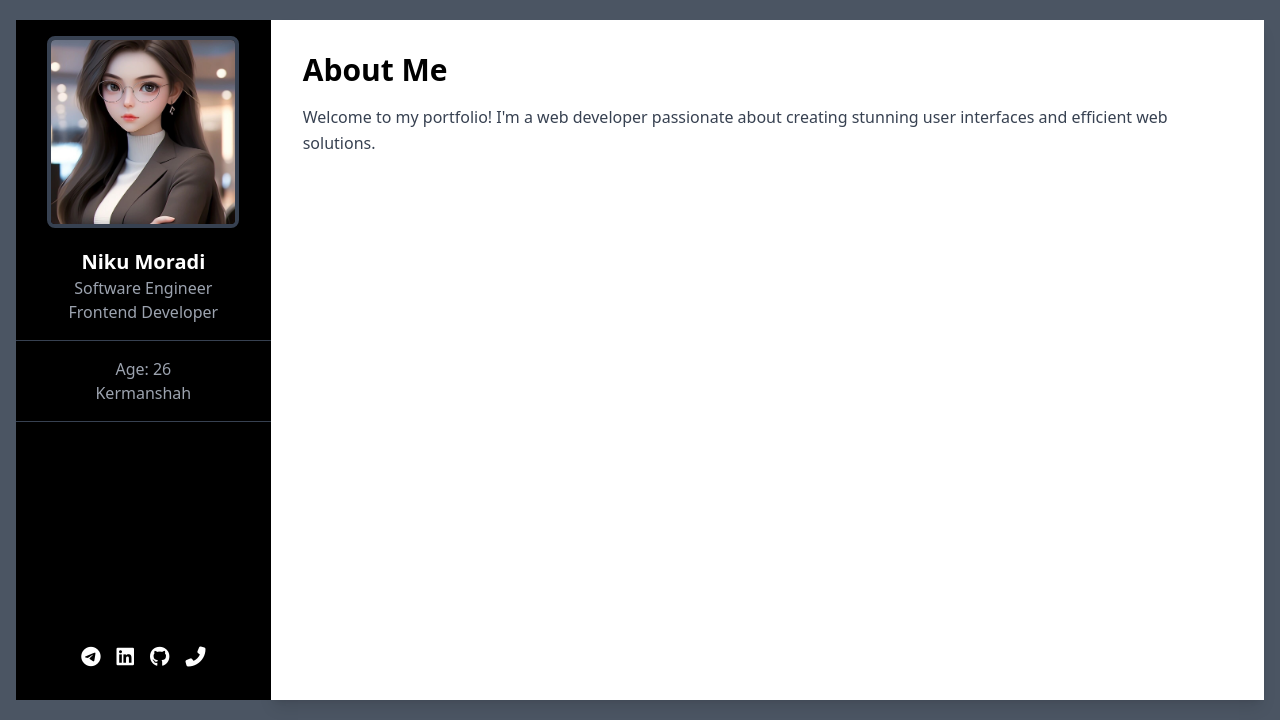
Repository: NikuMoradi/niku-moradi
Page: /
The author's editor kept a copy of each file at every save. The page is drawn from the files as they stood at one save, then again after the next save.
The browser window is 1280 px wide. The pictures show the whole page.
The project was rebuilt for these pictures with package versions that can differ from the ones it lists, and the page was loaded fresh each time. The framework's server and built-in components were replaced by stand-ins that run in the browser. Also part of the build but not shown: nuxt.config.ts, components/Blog Posts/Component-Design.vue, components/Blog.vue, components/Contact.vue, components/Education.vue, components/Experience.vue, components/Hero.vue, components/Menu.vue and 3 more.

Above is the page before, as saved 2024-11-29 09:31:35.

### assets/css/main.css
@tailwind base;
@tailwind components;
@tailwind utilities;

body {
  /* From https://css.glass */
  background: #ffffff;
}

@layer utilities {
}

### components/LeftPanel.vue
<template>
  <div
    class="bg-black text-white w-80 flex flex-col"
    style="height: calc(100vh - 40px)"
  >
    <!-- Profile Picture -->
    <div
      class="p-4 flex flex-col items-center justify-center border-b border-gray-700"
    >
      <img
        src="../assets/img/photo_2024-11-28_10-37-05.jpg"
        alt="Profile Picture"
        class="w-48 h-48 mb-5 rounded-lg border-4 border-gray-700 object-cover object-center"
      />
      <h2 class="text-xl font-bold">Niku Moradi</h2>
      <p class="text-md text-gray-400">Software Engineer</p>
      <p class="text-md text-gray-400">Frontend Developer</p>
    </div>

    <!-- Biography -->
    <div class="p-4 text-center border-b border-gray-700">
      <p class="text-md text-gray-400">Age: 26</p>
      <p class="text-md text-gray-400">Kermanshah</p>
    </div>

    <!-- Social Links -->
    <div class="py-8 text-center mt-auto text-white">
      <div class="space-x-4">
        <a
          href="https://t.me/yourusername"
          target="_blank"
          class="text-white hover:text-blue-400"
        >
          <i class="fab fa-telegram fa-lg"></i>
        </a>
        <a
          href="https://linkedin.com/in/yourusername"
          target="_blank"
          class="text-white hover:text-blue-600"
        >
          <i class="fab fa-linkedin fa-lg"></i>
        </a>
        <a
          href="https://github.com/yourusername"
          target="_blank"
          class="text-white hover:text-gray-700"
        >
          <i class="fab fa-github fa-lg"></i>
        </a>
        <a href="tel:+1234567890" class="text-white hover:text-green-400">
          <i class="fas fa-phone-alt fa-lg"></i>
        </a>
      </div>
    </div>
  </div>
</template>

### layouts/default.vue
<template>
  <div class="flex justify-center items-center min-h-screen bg-gray-600 px-4">
    <LeftPanel />

    <!-- Fixed Width Centered Card -->
    <div
      class="bg-white shadow-lg w-full max-w-5xl overflow-hidden"
      style="height: calc(100vh - 40px)"
    >
      <!-- Scrollable Content -->
      <div class="overflow-y-auto h-full scrollbar-hide">
        <NuxtPage />
      </div>
    </div>
  </div>
</template>

<style>
/* Add any custom global styles here */
body {
  background: linear-gradient(to bottom, #f0f0f0, #d0d0d0);
}
</style>

### app.vue
<!-- The app.vue is just holding the layout container and serving as the root.
 The default.vue layout handles the overall structure of the page.
All content from your pages will automatically be placed inside the NuxtPage slot of the layout.-->
<template>
  <NuxtLayout />
</template>

### pages/index.vue
<template>
  <div class="p-8">
    <h1 class="text-3xl font-bold mb-4">About Me</h1>
    <p class="text-gray-700 leading-relaxed">
      Welcome to my portfolio! I'm a web developer passionate about creating
      stunning user interfaces and efficient web solutions.
    </p>
  </div>
</template>

### tailwind.config.js
/** @type {import('tailwindcss').Config} */
export default {
  content: [
    "./components/**/*.{js,vue,ts}",
    "./layouts/**/*.vue",
    "./pages/**/*.vue",
    "./plugins/**/*.{js,ts}",
    "./app.vue",
    "./error.vue",
  ],
  theme: {
    extend: {},
  },
  plugins: [require("tailwind-scrollbar-hide")],
};

Loaded but not shown: plugins/aos.client.js (no copy from this time; the picture is the same without it)

After the next save:
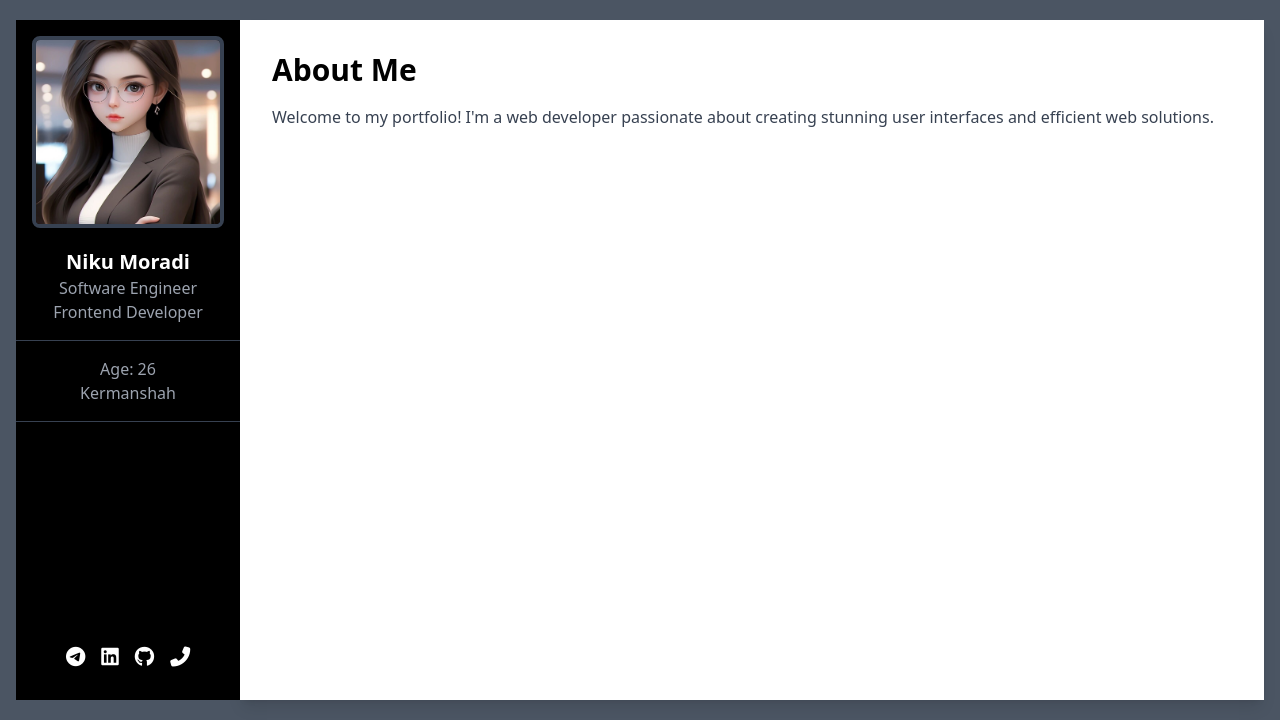
Saved 8 s later.
--- a/components/LeftPanel.vue
+++ b/components/LeftPanel.vue
@@ -1,6 +1,6 @@
 <template>
   <div
-    class="bg-black text-white w-80 flex flex-col"
+    class="bg-black text-white w-84 flex flex-col"
     style="height: calc(100vh - 40px)"
   >
     <!-- Profile Picture -->

After the save that followed:
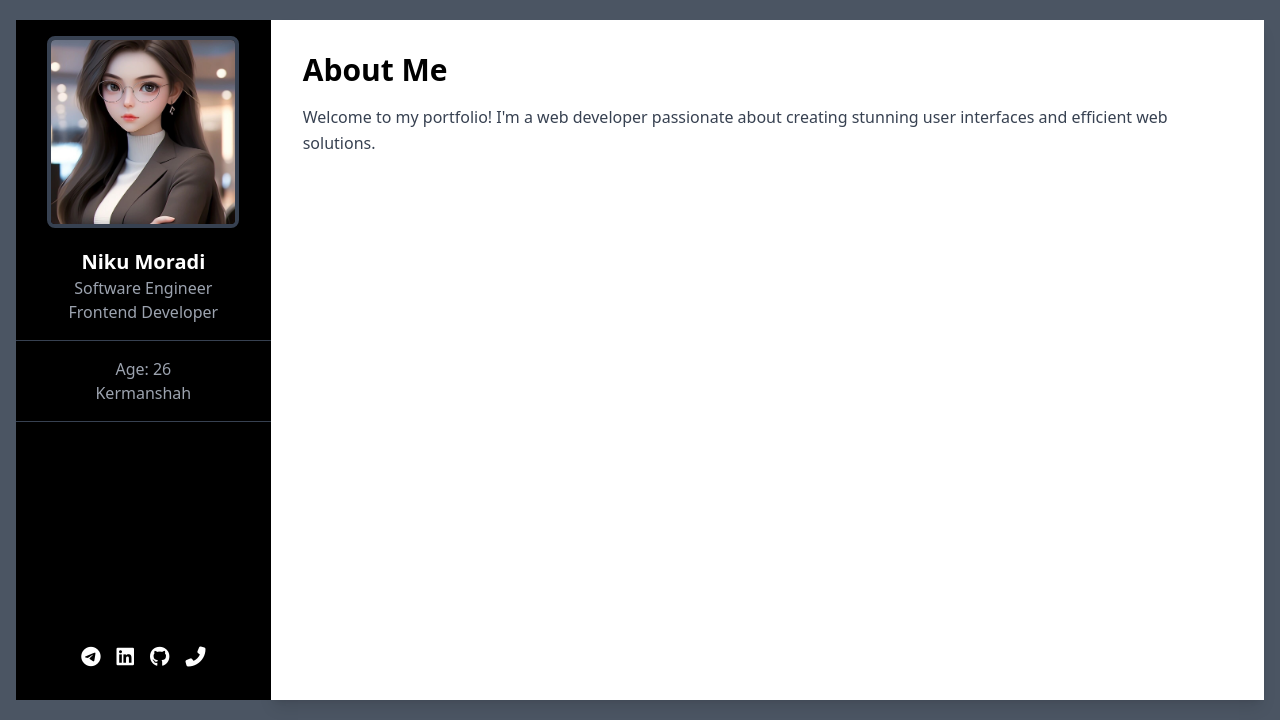
Saved 9 s later.
--- a/components/LeftPanel.vue
+++ b/components/LeftPanel.vue
@@ -1,6 +1,6 @@
 <template>
   <div
-    class="bg-black text-white w-84 flex flex-col"
+    class="bg-black text-white w-80 flex flex-col"
     style="height: calc(100vh - 40px)"
   >
     <!-- Profile Picture -->
